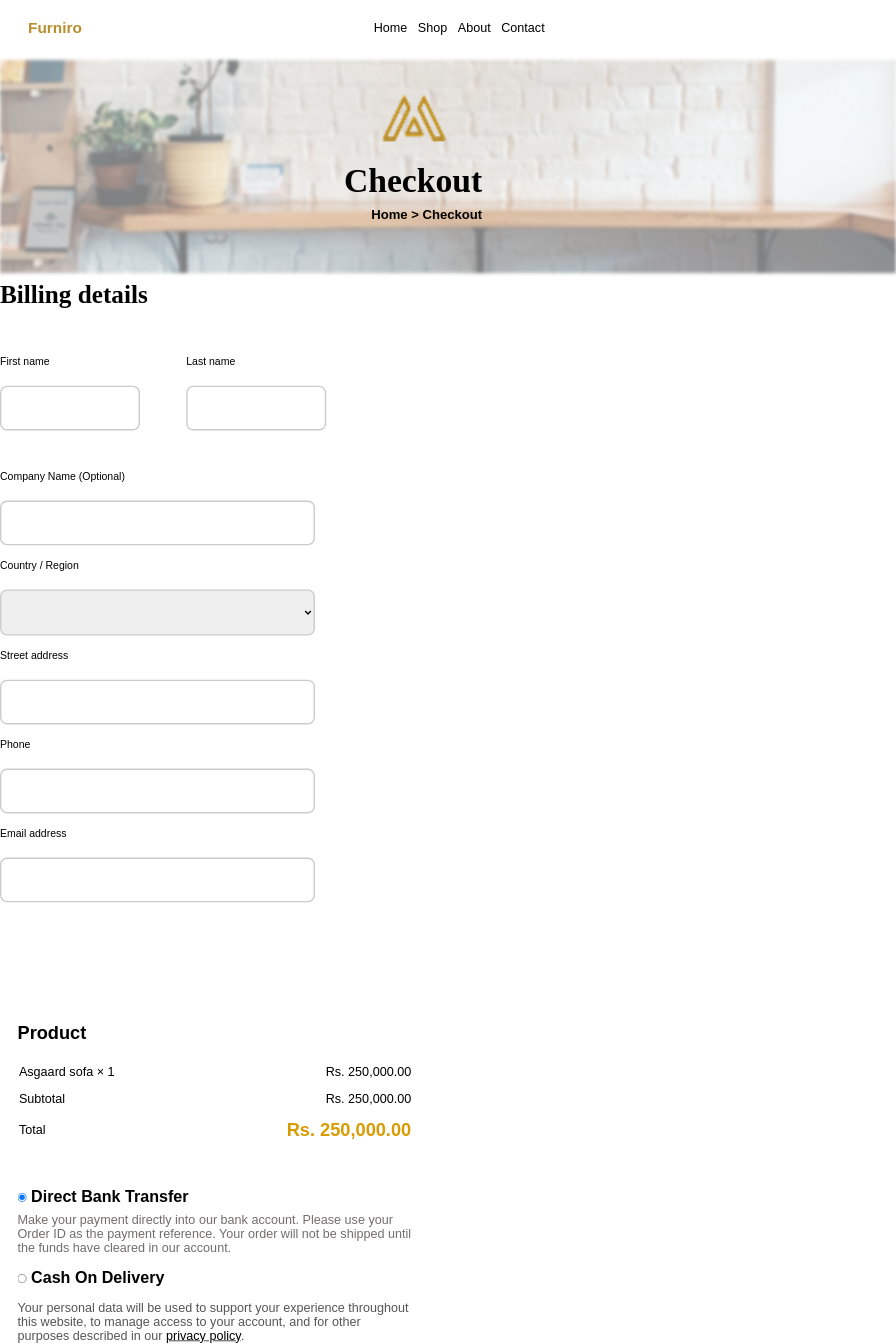
Repository: Ali1Kh/Furniro-ITI
Page: pages/checkout.html
These files come from the project's save history. The page is drawn as it stood at one moment and after the next save; the edit follows.
The browser window is 1280 px wide. The pictures show the part of the page from y = 0 to 1920 px (the page is 2660 px tall before and 2169 px after), at 70% of full size.

Above is the page before, as saved 2025-07-19 20:52:08.

After the next save:
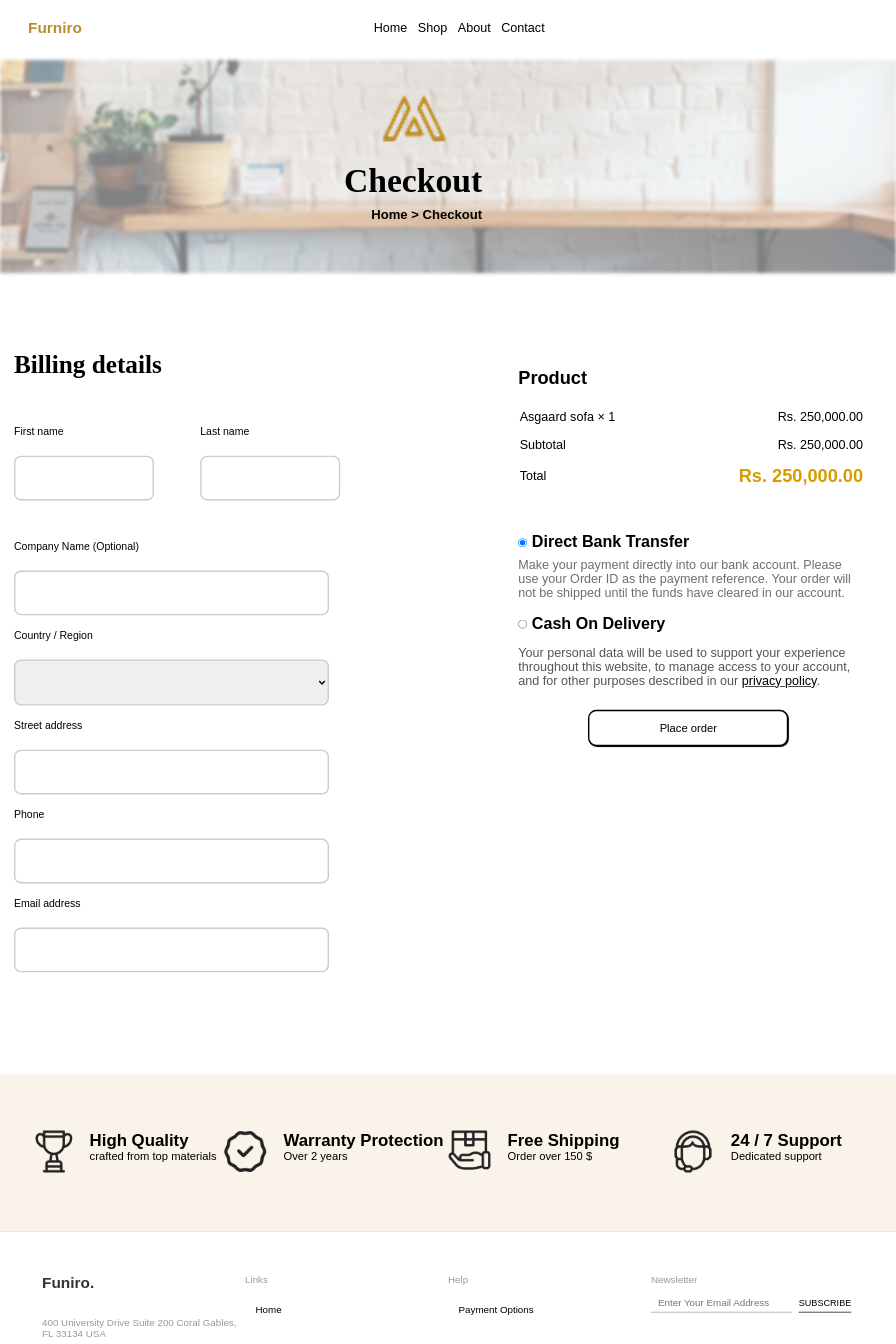
Saved 18 s later.
--- a/styles/checkout.css
+++ b/styles/checkout.css
@@ -93,7 +93,7 @@
   left: -50px;
 }
 
-/* #content {
+#content {
   display: flex;
   justify-content: space-between;
   gap: 8rem;
@@ -104,15 +104,7 @@
 
 .form {
   width: 50%;
-} */
-
-
-
-
-
-
-
-
+}
 
 .form h1 {
   font-size: 36px;
